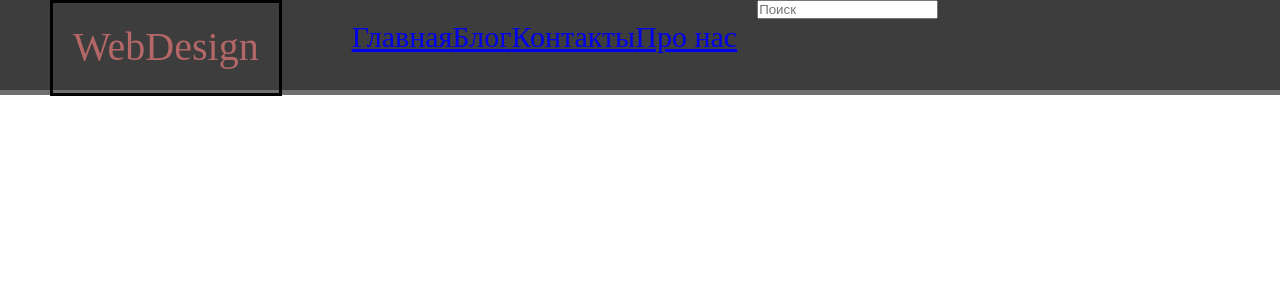
Repository: andbaik/Itprog
Page: index.htm
The author's editor kept a copy of each file at every save. The page is drawn from the files as they stood at one save, then again after a run of saves.
The browser window is 1280 px wide. The pictures show the whole page.

Above is the page before, as saved 2021-01-19 16:07:31.

After the next 3 saves:
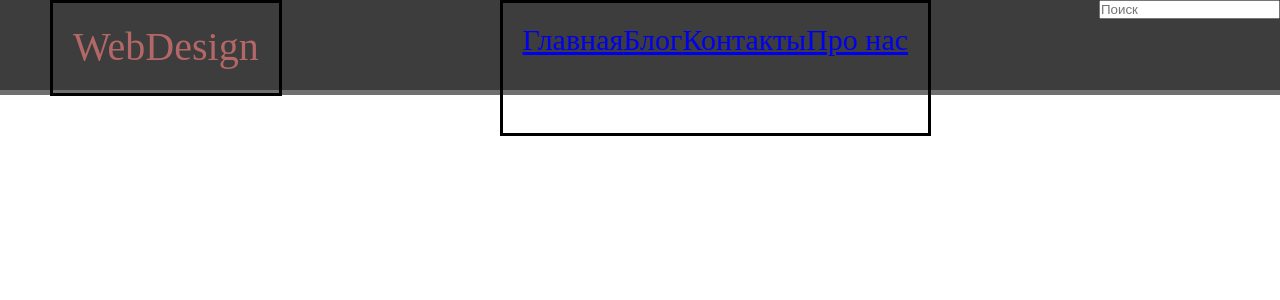
The 3 saves are shown as one change because they came seconds apart.
The last was saved 12 s later.
--- a/css/style.css
+++ b/css/style.css
@@ -32,7 +32,7 @@
     height: 100%;
     width: auto;
     padding: 20px;
-    margin
+    margin: 0 auto;
     border: 3px solid black;
 }
 
